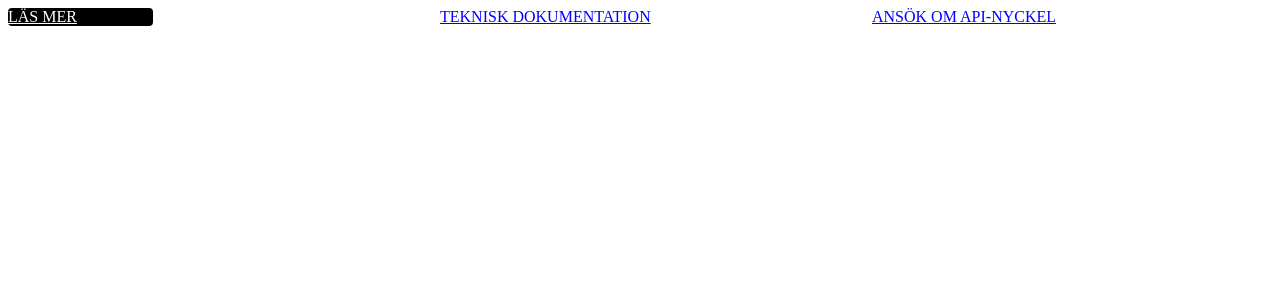
Repository: rudasn/docsy-cms-netlify
Page: layouts/partials/link.html
The author's editor kept a copy of each file at every save. The page is drawn from the files as they stood at one save, then again after a run of saves.
The browser window is 1280 px wide. The pictures show the whole page.

Above is the page before, as saved 2021-05-11 12:52:49.

After the next 2 saves:
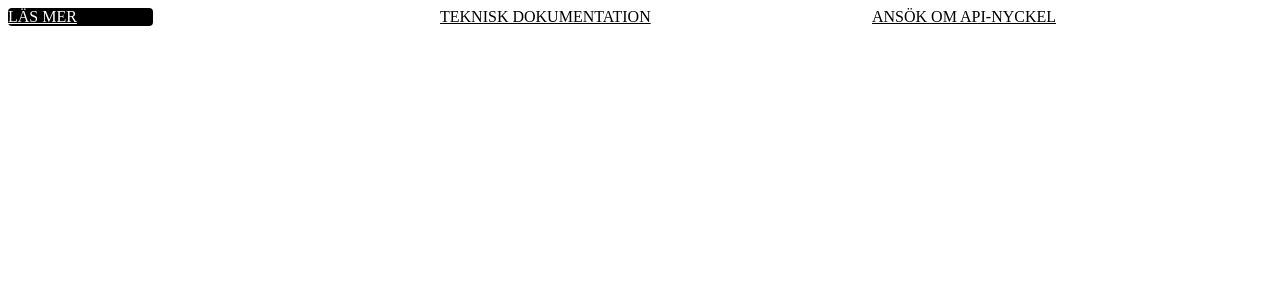
The 2 saves are shown as one change because they came seconds apart.
The last was saved 8 s later.
--- a/layouts/partials/link.html
+++ b/layouts/partials/link.html
@@ -17,7 +17,7 @@ color: white
 }
 
 a {
-color: blue;
+color: black;
 }
 
 .bt_text {
